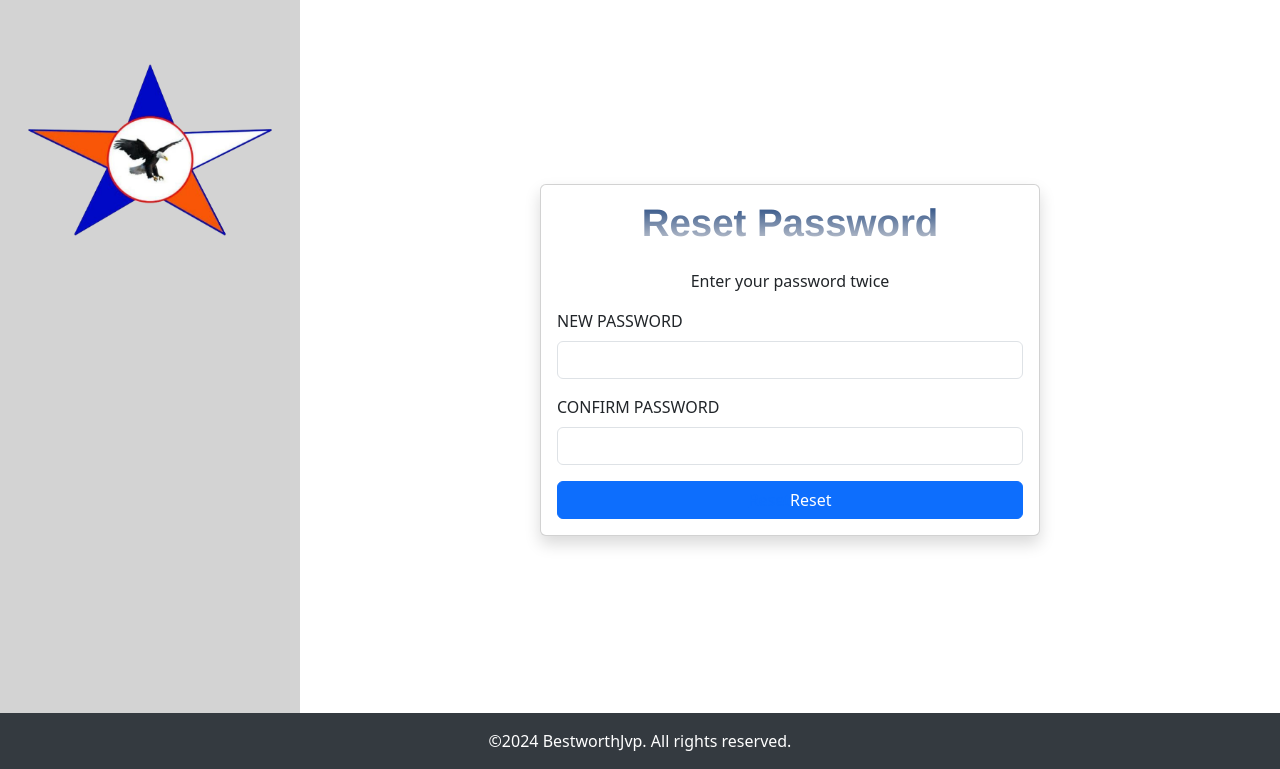
Repository: OVictor21/inventory
Page: /Reset2
These files come from the project's save history. The page is drawn as it stood at one moment and after the next save; the edit follows.
The browser window is 1280 px wide. The pictures show the whole page.
The project was rebuilt for these pictures with package versions that can differ from the ones it lists, and the page was loaded fresh each time. Also part of the build but not shown: src/components/login.jsx, src/components/signup.jsx, src/components/reset1.jsx.

Above is the page before, as saved 2024-12-15 15:11:45.

After the next save:
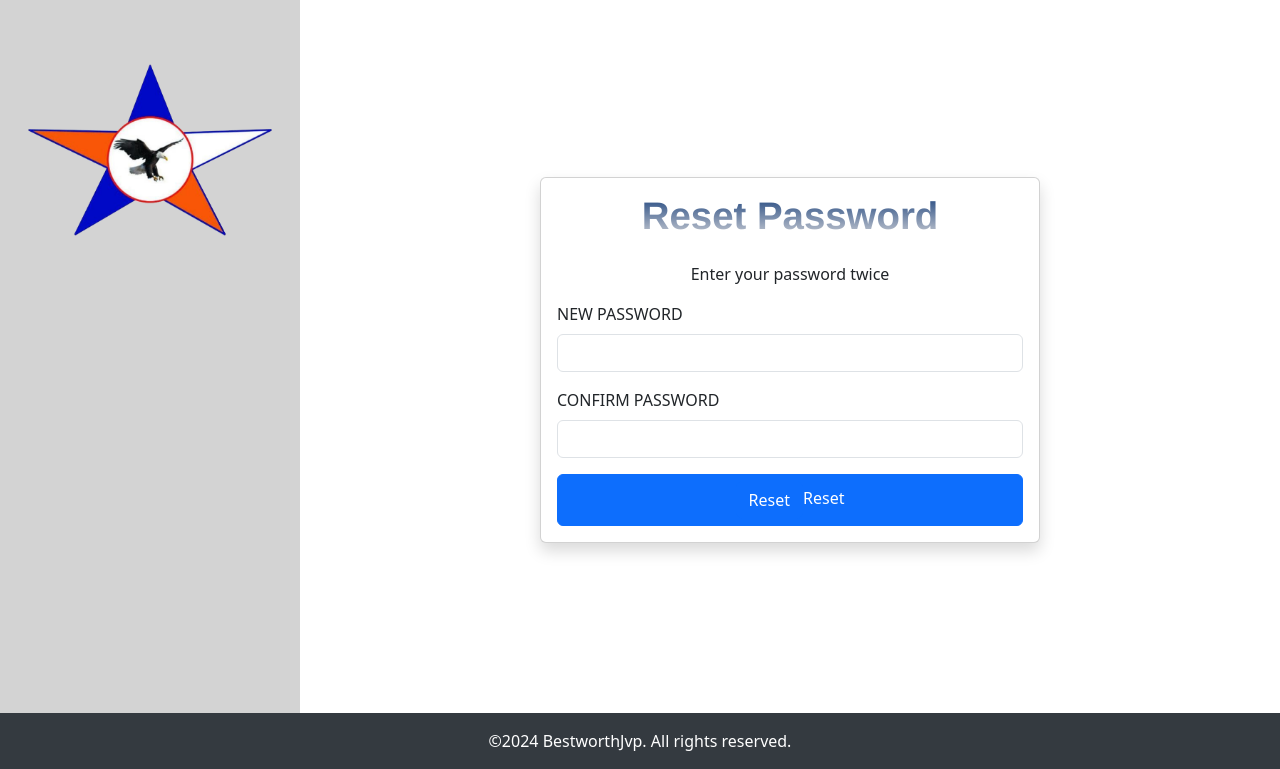
Saved 10 s later.
--- a/src/components/reset2.jsx
+++ b/src/components/reset2.jsx
@@ -34,7 +34,7 @@
               </div>
 
               <div className="d-grid">
-              <button type="submit" className="btn btn-primary"><a href="/Login">Reset</a>
+              <button type="submit" className="btn btn-primary"><a href="/Login" className="btn btn-primary">Reset</a>
                 Reset
               </button>
             </div>

After the 2 saves that followed:
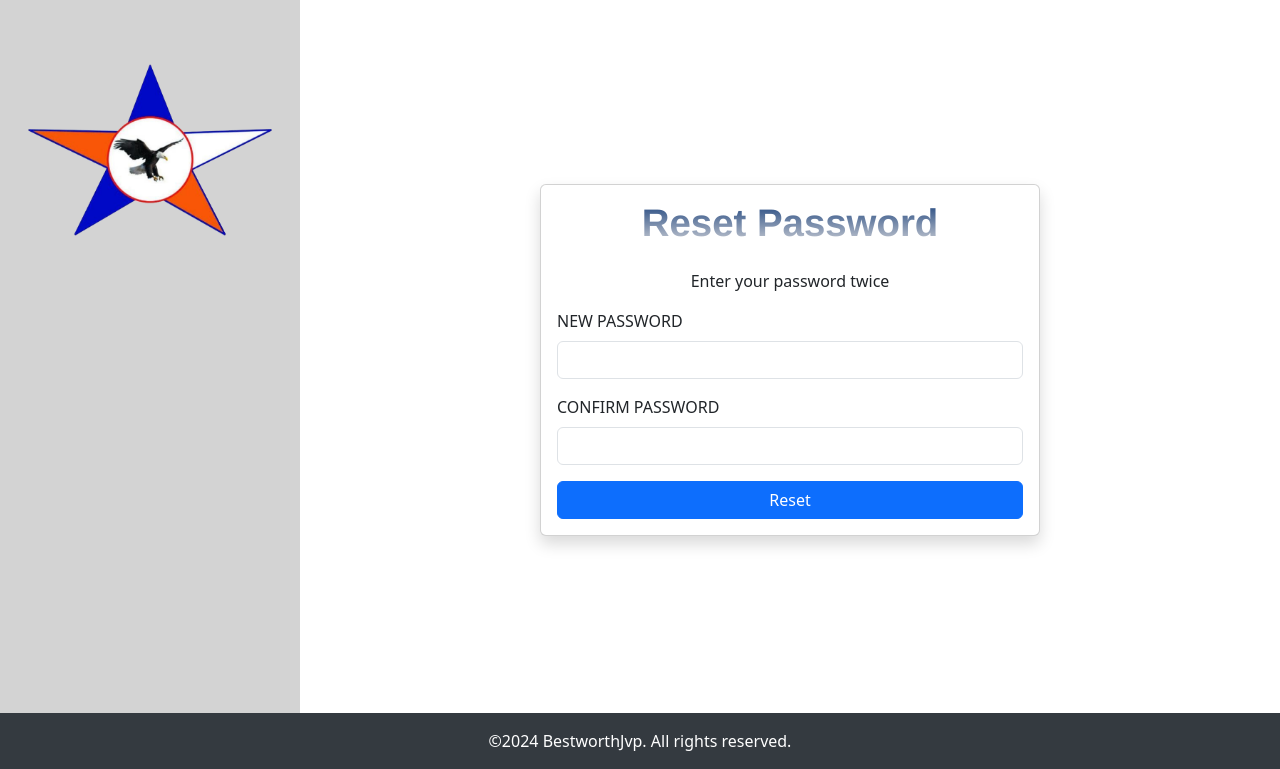
The 2 saves are shown as one change because they came seconds apart.
The last was saved 10 s later.
--- a/src/components/reset2.jsx
+++ b/src/components/reset2.jsx
@@ -34,9 +34,8 @@
               </div>
 
               <div className="d-grid">
-              <button type="submit" className="btn btn-primary"><a href="/Login" className="btn btn-primary">Reset</a>
-                Reset
-              </button>
+              <a href="/Login" className="btn btn-primary">Reset</a>
+
             </div>
 
 
